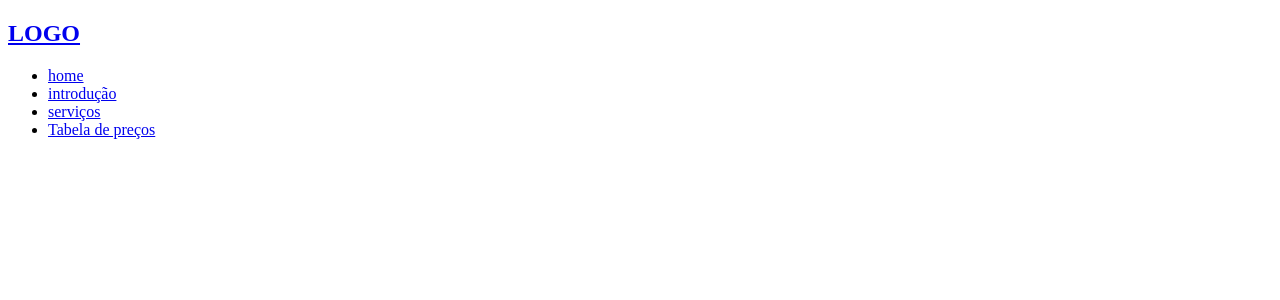
Repository: MarcioFreitasUFSC21/Proejct00
Page: ExampleSite/Assets/index2.html
These files come from the project's save history. The page is drawn as it stood at one moment and after a run of saves; the edit follows.
The browser window is 1280 px wide. The pictures show the whole page.

Above is the page before, as saved 2023-03-18 17:06:20.

After the next 2 saves:
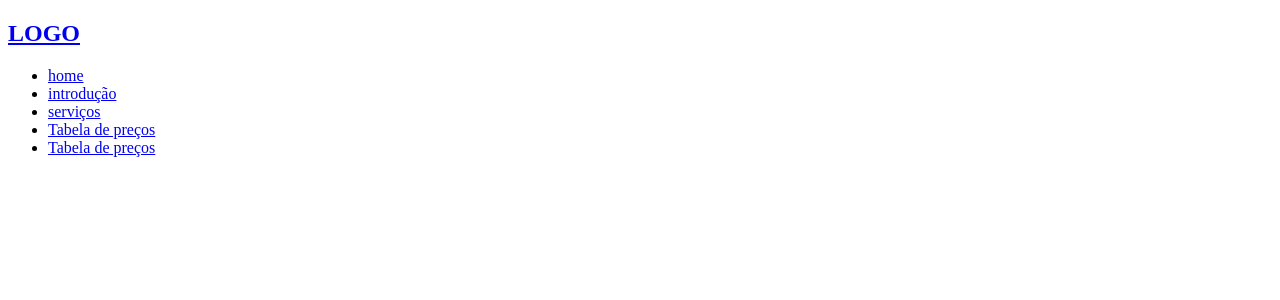
The 2 saves are shown as one change because they came seconds apart.
The last was saved 12 s later.
--- a/ExampleSite/Assets/index2.html
+++ b/ExampleSite/Assets/index2.html
@@ -16,6 +16,7 @@
                     <li><a href="#"> introdução</a></li>
                     <li><a href="#"> serviços</a></li>
                     <li><a href="#"> Tabela de preços</a></li>
+                    <li><a href="#"> Tabela de preços</a></li>
 
                 </ul>
             </nav>
